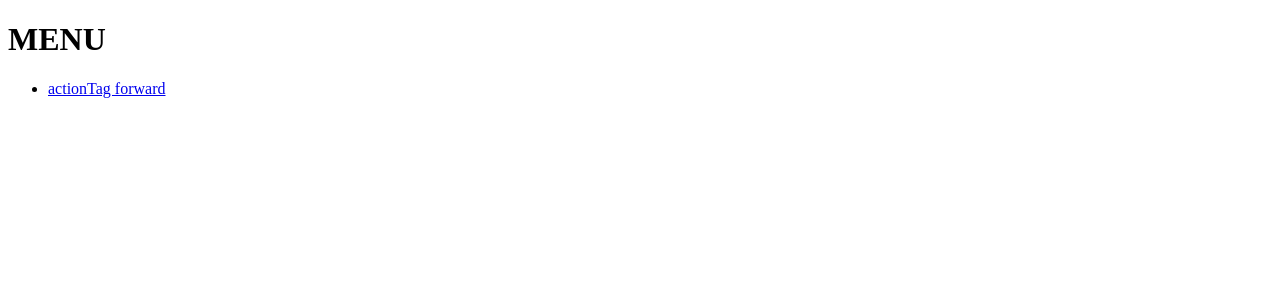
Repository: hhw9797/bitcampjn201904
Page: html/html5/jsp/FirstWeb/WebContent/index.html
These files come from the project's save history. The page is drawn as it stood at one moment and after the next save; the edit follows.
The browser window is 1280 px wide. The pictures show the whole page.

Above is the page before, as saved 2019-06-20 02:34:33.

### html/html5/jsp/FirstWeb/WebContent/index.html
<!DOCTYPE html>
<html>
<head>
<meta charset="UTF-8">
<title>혜오니의 페이지</title>
<!-- jQuery CDN 1.12.4 -->
<script src="https://code.jquery.com/jquery-1.12.4.js"></script>


<!-- 스타일 시작 -->
<style>

</style>
<!-- 스타일 끝 -->

</head>
<body>
	<h1>MENU</h1>
	<ul>
		<li><a href="select.jsp">actionTag forward</a>
	</ul>
</body>
</html>

After the next save:
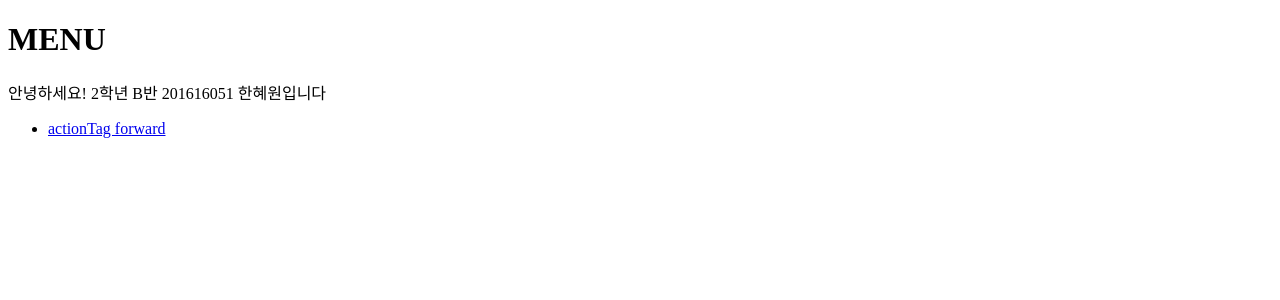
Saved 45 s later.
--- a/html/html5/jsp/FirstWeb/WebContent/index.html
+++ b/html/html5/jsp/FirstWeb/WebContent/index.html
@@ -16,6 +16,9 @@
 </head>
 <body>
 	<h1>MENU</h1>
+	<span>안녕하세요!
+	2학년 B반 201616051 한혜원입니다
+	</span>
 	<ul>
 		<li><a href="select.jsp">actionTag forward</a>
 	</ul>
